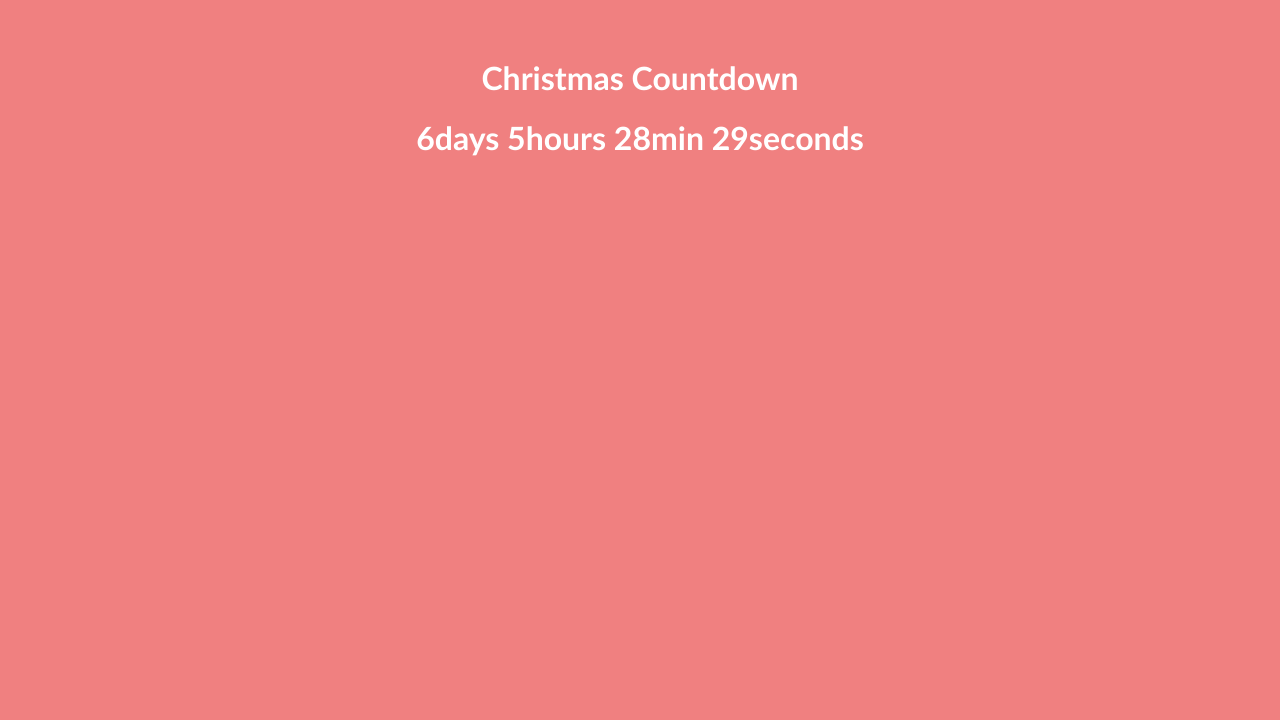
Repository: notMaximilian/countdown-timer
Page: index.html
An editor plug-in stored every save of this project. The page is shown before and after a run of saves, followed by the edit.
The browser window is 1280 px wide. The pictures show the whole page.

Above is the page before, as saved 2021-12-18 18:49:58.

After the next 3 saves:
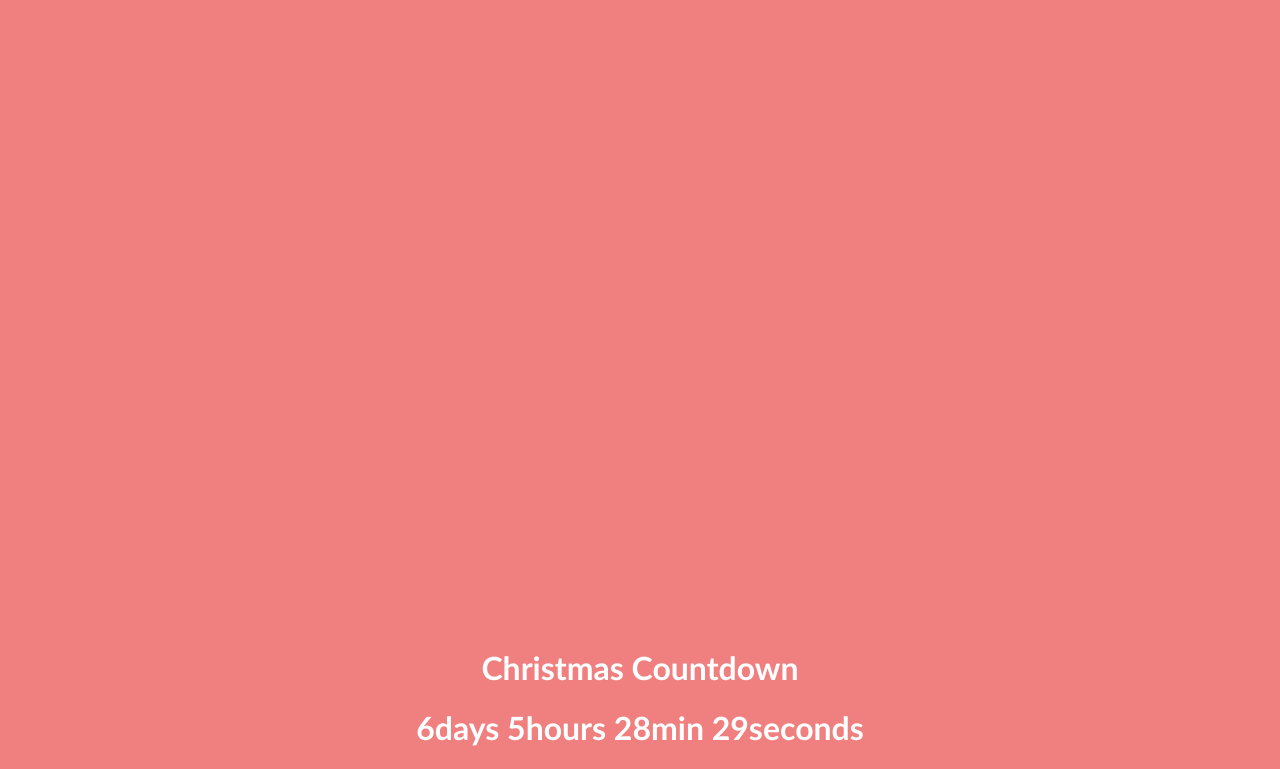
The 3 saves are shown as one change because they came seconds apart.
The last was saved 19 s later.
--- a/styles.css
+++ b/styles.css
@@ -2,6 +2,6 @@ body{
     background-color: lightcoral;
     color:white;
     text-align: center;
-    padding-top: 50px;
+    padding-top: 50%;
     font-family: 'Trebuchet MS', 'Lucida Sans Unicode', 'Lucida Grande', 'Lucida Sans', Arial, sans-serif;
 }
